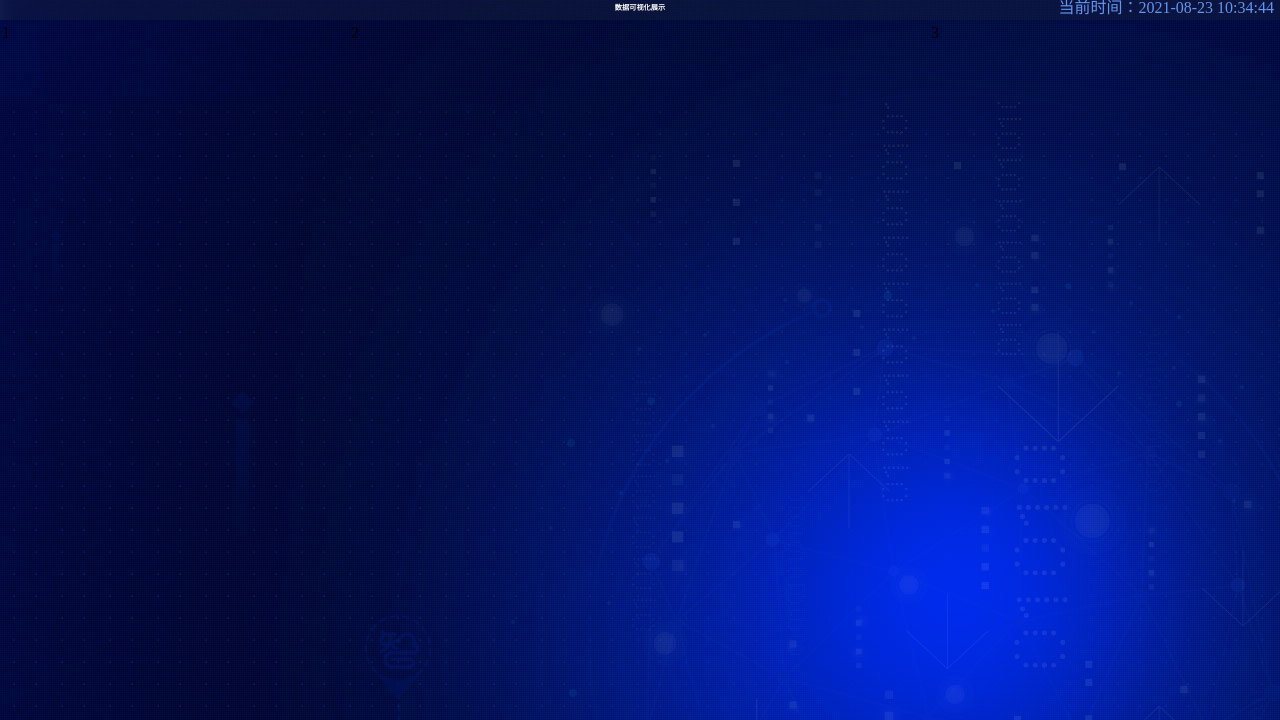
Repository: jiang-1990/DataVM
Page: /
These files come from the project's save history. The page is drawn as it stood at one moment and after the next save; the edit follows.
The browser window is 1280 px wide. The pictures show the whole page.
The project was rebuilt for these pictures with package versions that can differ from the ones it lists, and the page was loaded fresh each time.

Above is the page before, as saved 2021-08-23 14:19:18.

After the next save:
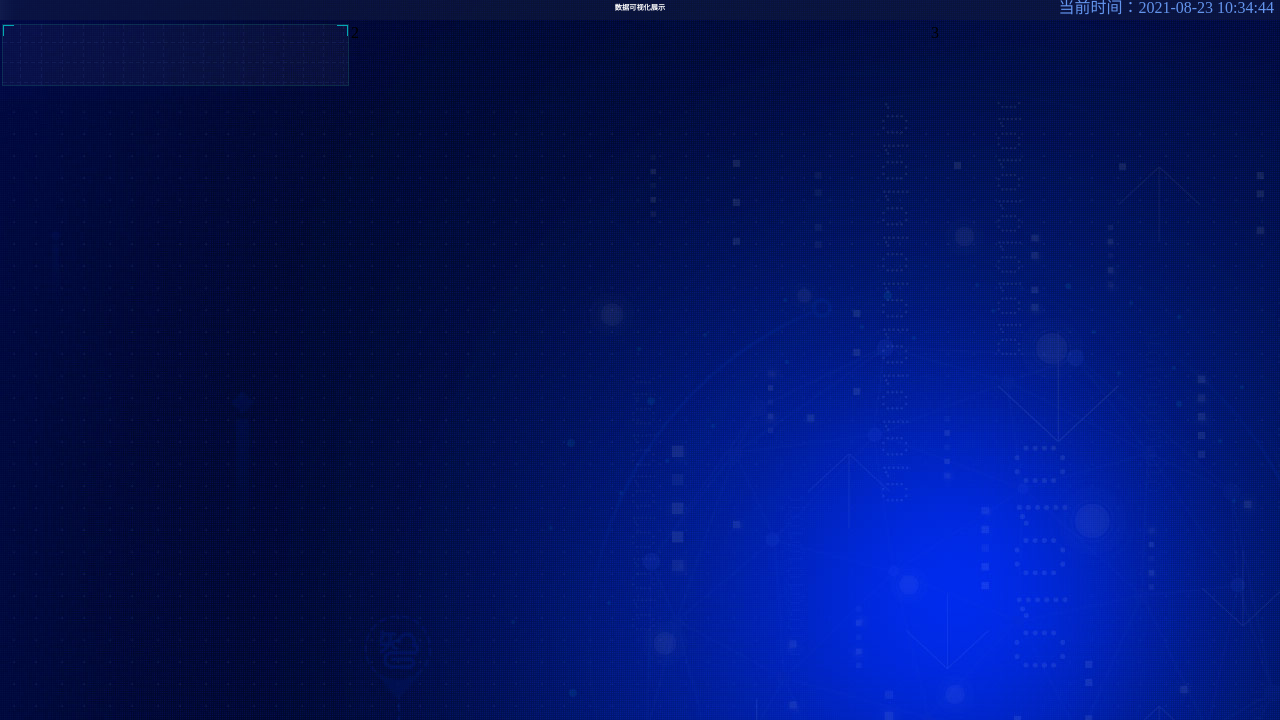
Saved 38 s later.
--- a/src/components/bigScreen.vue
+++ b/src/components/bigScreen.vue
@@ -5,7 +5,9 @@
       <span class="time">当前时间：{{date | dateFormat}}</span>
     </div>
     <div class="mainBox">
-      <div class="culonm">1</div>
+      <div class="culonm">
+        <div class="panl"></div>
+      </div>
       <div class="culonm">2</div>
       <div class="culonm">3</div>
     </div>
